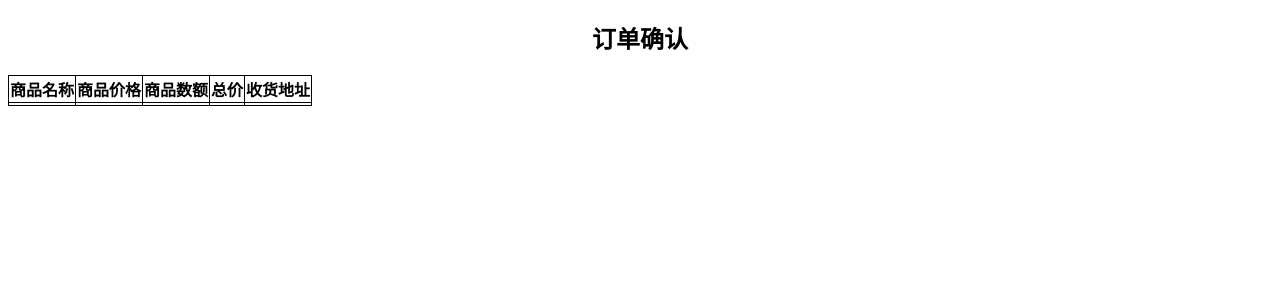
Repository: kairynx/js-
Page: 案例1渲染表格.html
An editor plug-in stored every save of this project. The page is shown before and after a run of saves, followed by the edit.
The browser window is 1280 px wide. The pictures show the whole page.

Above is the page before, as saved 2026-03-08 21:10:06.

After the next 3 saves:
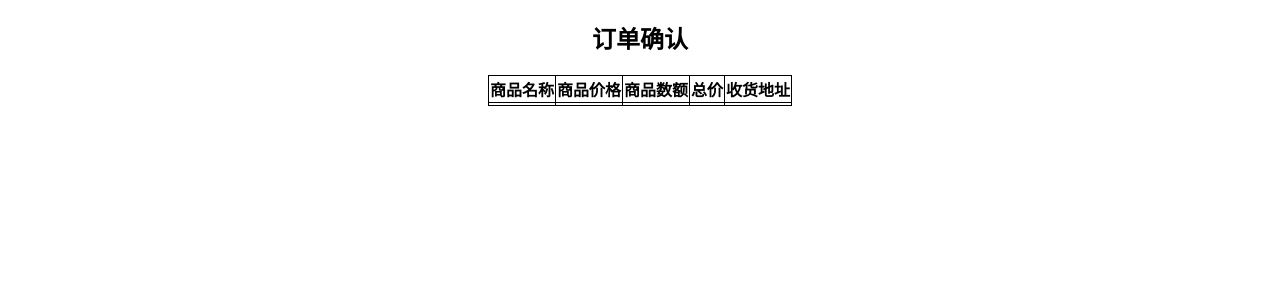
The 3 saves are shown as one change because they came seconds apart.
The last was saved 18 s later.
--- a/案例1渲染表格.html
+++ b/案例1渲染表格.html
@@ -16,7 +16,7 @@
     /* 合并相邻边框 */
     {border-collapse: collapse;
     height: 8px;
-    margin: ;}
+    margin:0 auto;}
 </style>
 <body>
     <h2>订单确认</h2>
